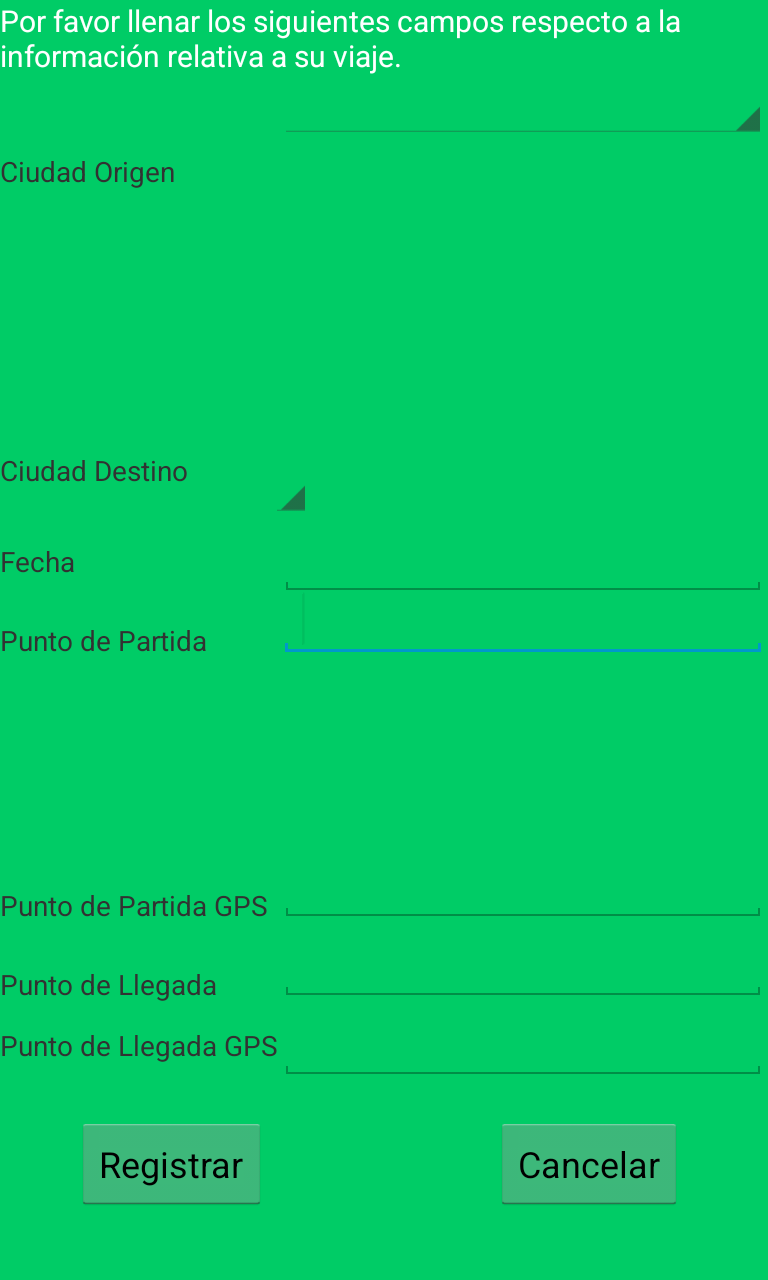
Repository: fmora/ProyectoMultimedios
Layout: MainActivity/MainActivity/res/layout/register_travel.xml
The author's editor kept a copy of each file at every save. The layout is drawn from the files as they stood at one save, then again after the next save.
It is drawn on a 768 x 1280 px phone screen (xhdpi) without system bars, with theme AppTheme; the app's code is not run.

Above is the layout before, as saved 2013-12-19 14:58:34.

After the next save:
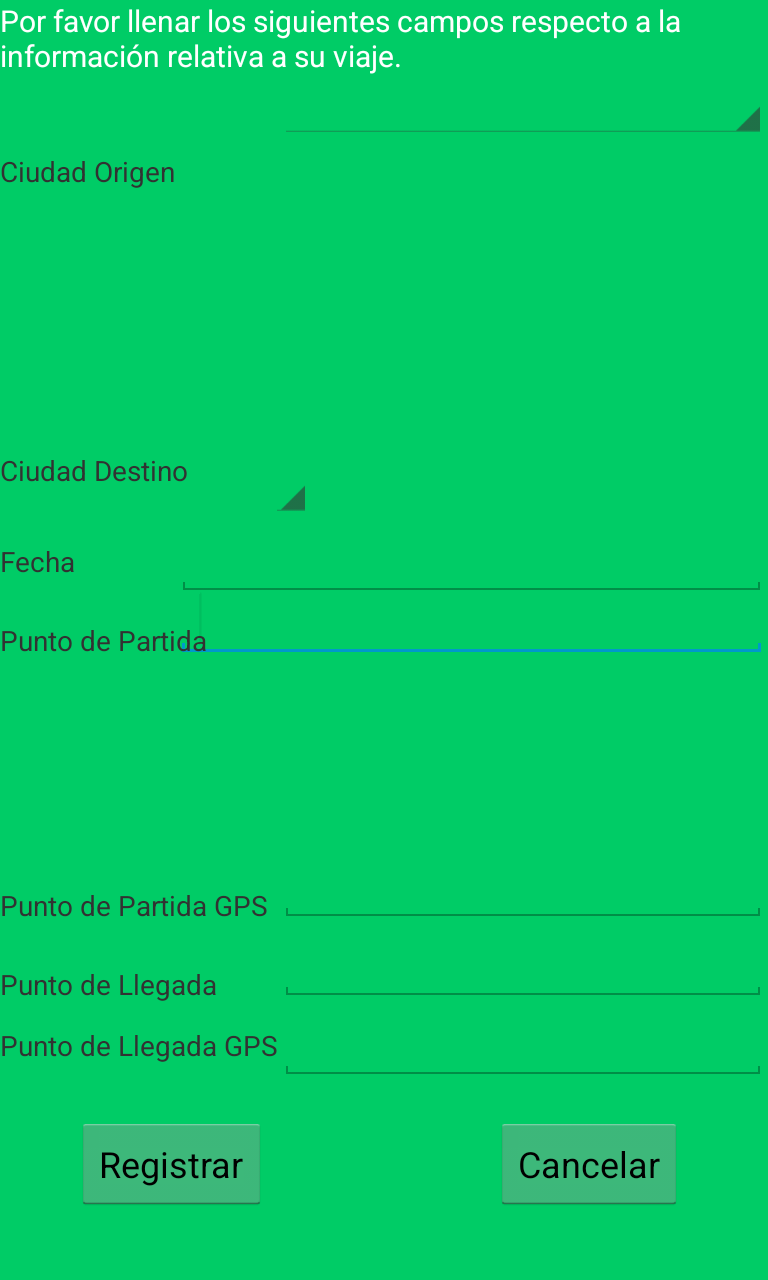
Saved 9 s later.
--- a/MainActivity/MainActivity/res/layout/register_travel.xml
+++ b/MainActivity/MainActivity/res/layout/register_travel.xml
@@ -53,8 +53,8 @@
         android:layout_height="wrap_content"
         android:layout_alignBaseline="@+id/textView4"
         android:layout_alignBottom="@+id/textView4"
-        android:layout_alignLeft="@+id/editText6"
-        android:layout_alignParentRight="true" />
+        android:layout_alignParentRight="true"
+        android:layout_toRightOf="@+id/textView2" />
 
     <EditText
         android:id="@+id/EditText02"
